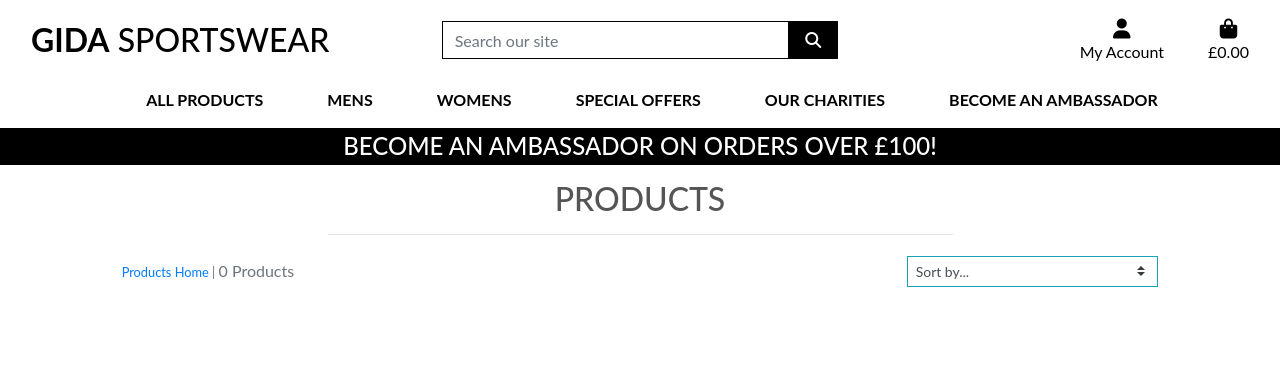
Repository: grantymartin/gida-sportswear
Page: products/templates/products/products.html
The author's editor kept a record of every edit. The page is drawn from the files as they stood at one moment, then again after the next edit.
The browser window is 1280 px wide. The pictures show the whole page.
Some web libraries are served in a nearby version. The template is drawn by Django 3.2. The application's start-up code is not run. The template is opened directly, without the code that normally fills it, so the values that code supplies are empty.

Above is the page before.

After the next edit:
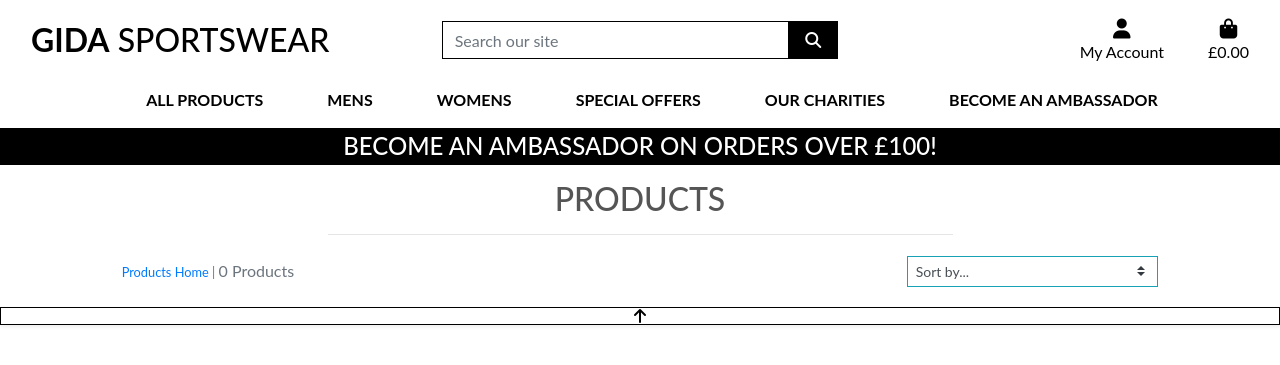
The edit:
--- a/products/templates/products/products.html
+++ b/products/templates/products/products.html
@@ -105,6 +105,11 @@
             </div>
         </div>
     </div>
+    <div class="btt-button shadow-sm rounded-0 border border-black">
+        <a class="btt-link d-flex h-100">
+            <i class="fas fa-arrow-up text-black mx-auto my-auto"></i>
+        </a>
+    </div>
 {% endblock %}
 
 {% block postloadjs %}
